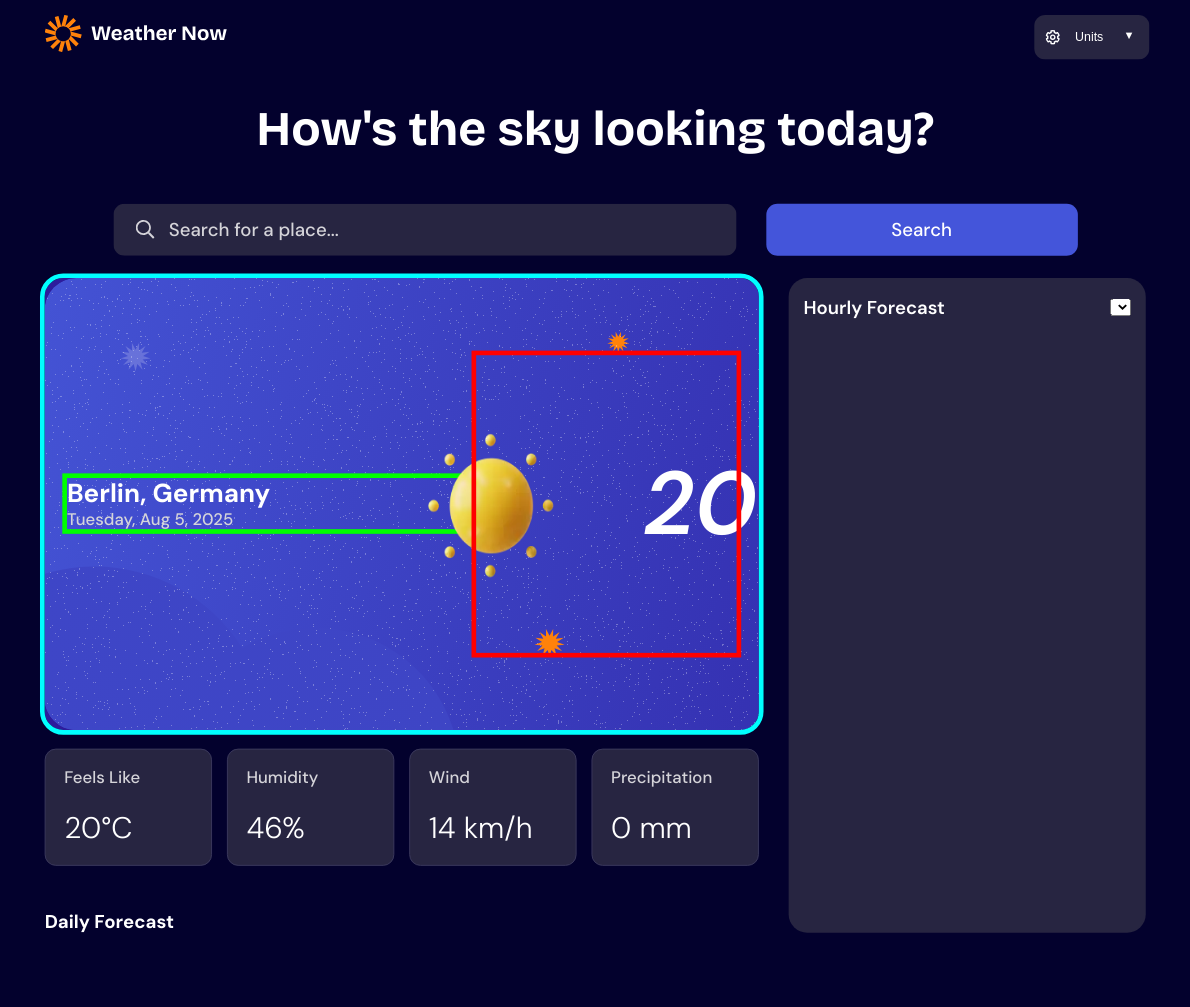
Repository: MKwaak/weather-app-main
Page: index.html
The author's editor kept a copy of each file at every save. The page is drawn from the files as they stood at one save, then again after the next save.
The browser window is 1280 px wide. The pictures show the whole page, at 93% of full size.
The page's requests for data from a server got no answer.

Above is the page before, as saved 2026-01-29 17:04:48.

After the next save:
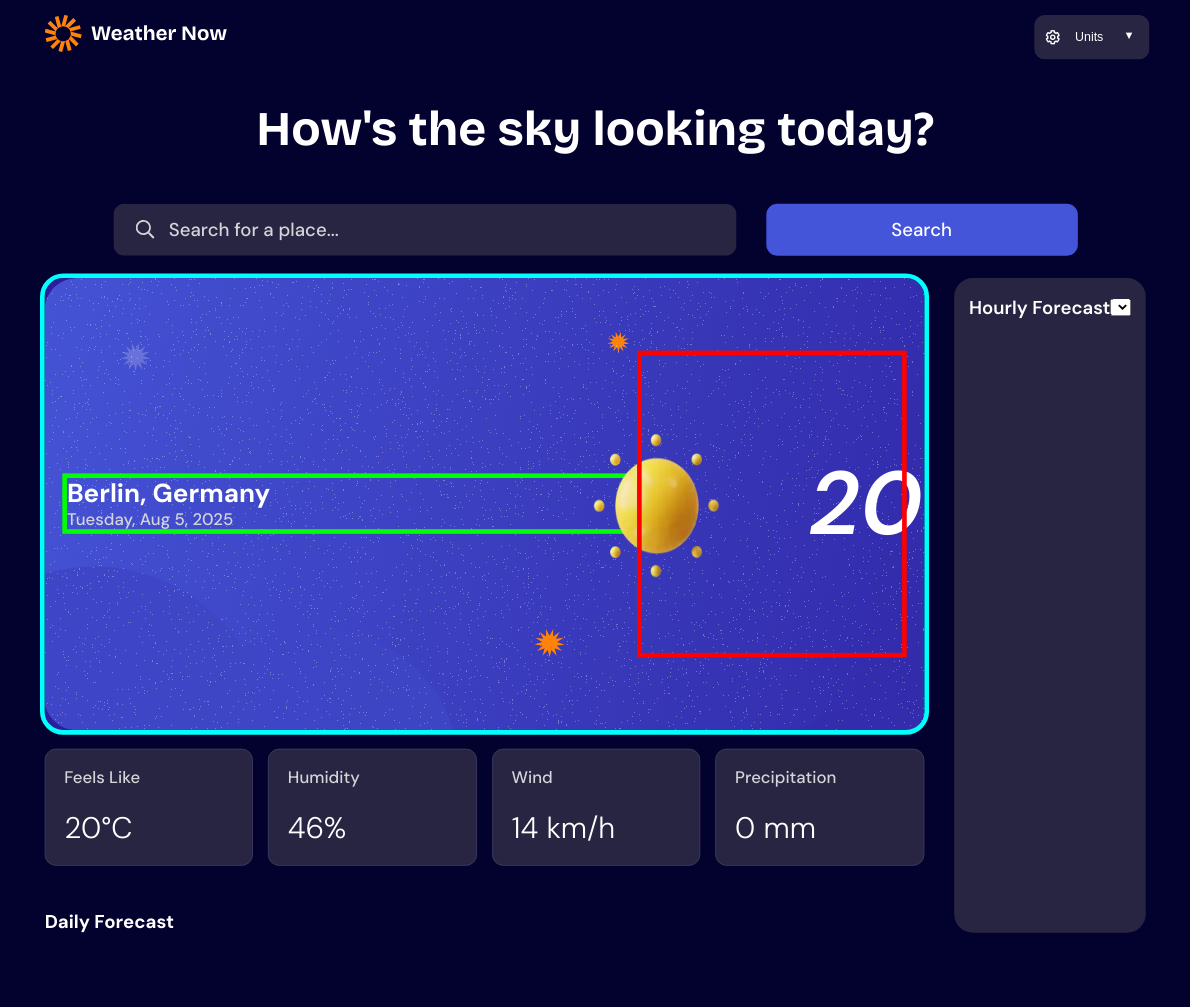
Saved 18 min 39 s later.
--- a/style.css
+++ b/style.css
@@ -573,6 +573,12 @@
   background-color: var(--color-panel-bg-dark);
   border-radius: 20px;
   padding: 20px 16px;
+
+  /* De directe container binnen de section */
+  .hourly__content {
+    display: flex;
+    flex-direction: column;
+    height: 100%; /* Dwingt de content om de volledige hoogte van de section te vullen */
 }
 
 .hourly__header {
@@ -580,6 +586,7 @@
   justify-content: space-between;
   align-items: center;
   margin-block-end: 16px;
+  flex-shrink: 0; /* Voorkomt dat de header wordt platgedrukt */
 }
 
 .hourly__title {
@@ -599,14 +606,14 @@
 
 /* Hourly container */
 .hourly__hours {
-  flex: 1; /* Elke uur-box wordt even hoog */
   display: flex;
   flex-direction: column; /* stack vertically */
   gap: 12px; /* spacing between hour blocks */
-  flex-grow: 1; /* fill remaining height of .hourly */
-  justify-content: space-between;
-  /*overflow-y: auto; /* scroll if too many hours */
-  /*padding-right: 4px; /* optional for scrollbar spacing */
+  flex: 1; /* Elke uur-box wordt even hoog */
+  overflow-y: auto; /* Zorgt voor een scrollbar als er teveel uren zijn */
+  min-height: 0;     /* CRUCIAAL voor scrollen binnen flexbox */
+  overflow-y: auto; /* scroll if too many hours */
+  padding-right: 8px; /* optional for scrollbar spacing */
 }
 
 /* Hourly blocks */
